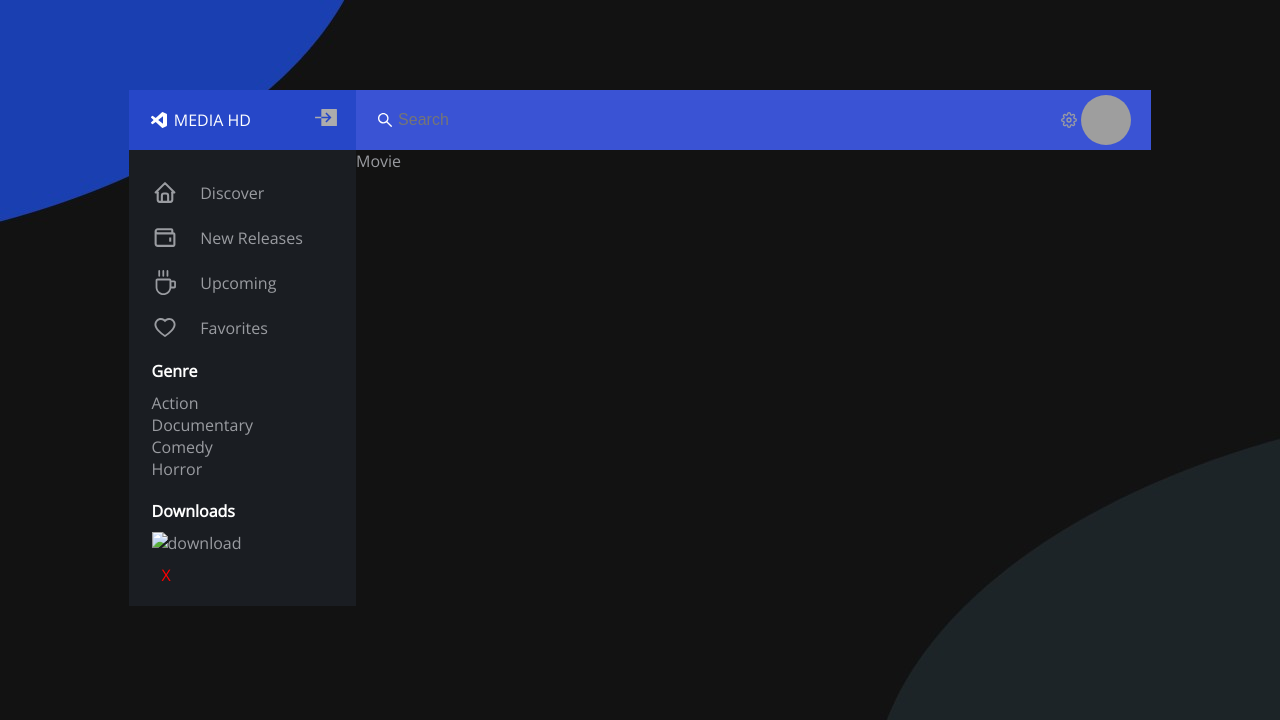
Repository: DevLaukey/movie-task
Page: /
An editor plug-in stored every save of this project. The page is shown before and after the next save, followed by the edit.
The browser window is 1280 px wide. The pictures show the whole page.
Pictures or frames that could not be fetched are drawn as grey boxes. The page's requests for data from a server got no answer. The project was rebuilt for these pictures with package versions that can differ from the ones it lists, and the page was loaded fresh each time. No one was signed in, and anything a server would have sent is missing. Also part of the build but not shown: src/components/Body/Movies.css.

Above is the page before, as saved 2022-06-15 20:56:41.

### src/App.js
import "./App.css"
import Body from "./components/Body/Body";
import Sidebar from "./components/Sidebar/Sidebar";
import axios from "axios";
import { useEffect, useState } from "react";

function App() {
  const [movies, setMovies] = useState([]);
  const url = "https://api.themoviedb.org/3/";
  const api = axios.create({ baseURL: url });

  const movieDetails = api.get(`/discover/movie?api_key=${process.env.REACT_APP_MOVIEDB_API}`, {
    params: process.env.MOVIEDB_API,
  });

  useEffect(() => {
    movieDetails.then((res) => {
      console.log(res.data.results);
    });
  }, [movies])
  return (
    <main className="App">
      <div className="App__container">
        <Sidebar />
        <Body />
      </div>
    </main>
  );
}

export default App;

### src/index.css
*{
    padding: 0;
    margin: 0;
    box-sizing: border-box;

}

### src/features/counter/counterSlice.js
import { createAsyncThunk, createSlice } from '@reduxjs/toolkit';
import { fetchCount } from './counterAPI';

const initialState = {
  value: 0,
  movies: 'idle',
};

// The function below is called a thunk and allows us to perform async logic. It
// can be dispatched like a regular action: `dispatch(incrementAsync(10))`. This
// will call the thunk with the `dispatch` function as the first argument. Async
// code can then be executed and other actions can be dispatched. Thunks are
// typically used to make async requests.
export const incrementAsync = createAsyncThunk(
  'counter/fetchCount',
  async (amount) => {
    const response = await fetchCount(amount);
    // The value we return becomes the `fulfilled` action payload
    return response.data;
  }
);

export const counterSlice = createSlice({
  name: 'counter',
  initialState,
  // The `reducers` field lets us define reducers and generate associated actions
  reducers: {
    increment: (state) => {
      // Redux Toolkit allows us to write "mutating" logic in reducers. It
      // doesn't actually mutate the state because it uses the Immer library,
      // which detects changes to a "draft state" and produces a brand new
      // immutable state based off those changes
      state.value += 1;
    },
    decrement: (state) => {
      state.value -= 1;
    },
    // Use the PayloadAction type to declare the contents of `action.payload`
    incrementByAmount: (state, action) => {
      state.value += action.payload;
    },
  },
  // The `extraReducers` field lets the slice handle actions defined elsewhere,
  // including actions generated by createAsyncThunk or in other slices.
  extraReducers: (builder) => {
    builder
      .addCase(incrementAsync.pending, (state) => {
        state.status = 'loading';
      })
      .addCase(incrementAsync.fulfilled, (state, action) => {
        state.status = 'idle';
        state.value += action.payload;
      });
  },
});

export const { increment, decrement, incrementByAmount } = counterSlice.actions;

// The function below is called a selector and allows us to select a value from
// the state. Selectors can also be defined inline where they're used instead of
// in the slice file. For example: `useSelector((state: RootState) => state.counter.value)`
export const selectCount = (state) => state.counter.value;

// We can also write thunks by hand, which may contain both sync and async logic.
// Here's an example of conditionally dispatching actions based on current state.
export const incrementIfOdd = (amount) => (dispatch, getState) => {
  const currentValue = selectCount(getState());
  if (currentValue % 2 === 1) {
    dispatch(incrementByAmount(amount));
  }
};

export default counterSlice.reducer;

### src/App.css
@import url('https://fonts.googleapis.com/css2?family=Open+Sans&display=swap');
.App{
    background-image: url(../public/back.jpg);
    width: 100vw;
    height: 100vh;
    background-size: cover;
    background-repeat: no-repeat;
    font-family: 'Open Sans', sans-serif;
    color: rgba(154,156,161,255);
}
.App__container{
    position: absolute;
    display: flex;
    justify-content: center;
    padding: 10vh;
    width: 100%;
}

### src/components/Body/Body.js
import React from "react";
import "./Body.css";
import Movies from "./Movies";
import Nav from "./Nav/Nav";
function Body() {
  return (
    <div className="body">
      <Nav />
      <Movies />
    </div>
  );
}

export default Body;

### src/components/Sidebar/Sidebar.js
import React from "react";
import "./Sidebar.css";
import { IoEnterSharp } from "react-icons/io5";
import { SiVisualstudiocode } from "react-icons/si";

import Links from "./Links";


function Sidebar() {
  return (
    <div className="sidebar">
      <div className="sidebar__top">
        <div className="sidebar__left">
          <SiVisualstudiocode className="sidebar__logo" />
          <p className="sidebar__text">MEDIA HD</p>
        </div>
        <div className="sidebar__right">
          <IoEnterSharp
            style={{ color: "#acacac", height: "25", width: "30" }}
          />
        </div>
      </div>
      <div className="sidebar__bottom">
       <Links />
        <section className="sidebar__genre">
          <p className="sidebar__genre-bold-text">Genre</p>
          <p className="sidebar__genre-text">Action</p>
          <p className="sidebar__genre-text">Documentary</p>
          <p className="sidebar__genre-text">Comedy</p>
          <p className="sidebar__genre-text">Horror</p>
        </section>
        <section className="sidebar__downloads">
          <p className="sidebar__genre-bold-text">Downloads</p>
          <img className="sidebar__download-img" src="" alt="download" />
          <div className="sidebar__downloads-text">
            <p className="sidebar__downloads-cancel">X</p>
      </div>
        </section>
      </div>
    </div>
  );
}

export default Sidebar;

### src/components/Body/Body.css
.body{
    display: flex;
    flex-direction: column;
    top: -20px;
    width: 70%;
}

### src/components/Body/Movies.js
import React from 'react'
import Movie from './Movie'
import "./Movies.css"
function Movies() {
  return (
      <div>
          <Movie />
    </div>
  )
}

export default Movies

### src/components/Body/Nav/Nav.js
import React from 'react'
import "./Nav.css"
import { AiOutlineSearch} from "react-icons/ai";
import { FiSettings } from "react-icons/fi";

function Nav() {
  return (
    <div className="nav">
      <div className="nav__search">
        <AiOutlineSearch style={{ color: "white", fontSize: "20" }} />
        <input
          className="nav__search__input"
          type="text"
          placeholder="Search"
        />
      </div>
      <div className="nav__icons">
        <FiSettings />
        <img
          src={`https://dt2sdf0db8zob.cloudfront.net/wp-content/uploads/2019/12/9-Best-Online-Avatars-and-How-to-Make-Your-Own-for-Free-image1-5.png`}
          alt=""
          className="nav__avatar"
        />
      </div>
    </div>
  );
}

export default Nav

### src/components/Sidebar/Sidebar.css
.sidebar {
  display: flex;
  flex-direction: column;
  margin-top: 18px;
  width: 20%;
  align-items: center;
  background-color: rgba(26, 29, 34, 255);
}
.sidebar__top {
  display: flex;
  width: 100%;
  justify-content: space-between;
  align-items: center;
  padding: 15px;
  background-color: #2647c8;
}
.sidebar__left {
  color: #fff;
  display: flex;
  align-items: center;
}
.sidebar__logo {
  width: 30px;
}
.sidebar__bottom {
  width: 100%;
}

.sidebar__group {
  width: 100%;
  margin-top: 20px;
  display: flex;

  flex-direction: column;
}
.sidebar__option {
  display: flex;
  align-items: center;
  padding: 10px 20px 10px 0;
}
.sidebar__option > *{
margin-left: 10% ;
}
.sidebar__option:hover {
  background-color: #0c0c0c;
  color: rgba(25, 64, 181, 255);
  border-left: 1px solid #2647c8;
}
.sidebar__genre{
  display: flex;
  flex-direction: column;
  padding: 10px 20px 10px 0;
  margin-left: 10%;
}
.sidebar__genre-bold-text{
  font-weight: bold;
  color: #fff;
  font-size: 1em;
  margin-bottom: 10px;
}

.sidebar__downloads{
  display: flex;
  flex-direction: column;
  padding: 10px 20px 10px 0;
  margin-left: 10%;
}
.sidebar__downloads-text{
  padding: 10px;
  background-color:rgba(26, 29, 34, 255);
  border-radius: 1px solid blue 50%;
}
.sidebar__downloads-cancel{
  color: red;
}

### src/components/Sidebar/Links.js
import React from 'react'
import { TbHome } from "react-icons/tb";
import { BiWallet } from "react-icons/bi";
import { AiOutlineHeart, AiOutlineCoffee } from "react-icons/ai";


function Links() {
  return (
    <nav className="sidebar__group">
      <div className="sidebar__option">
        <TbHome style={{ height: "25", width: "30" }} />
        <p className="sidebar__option-text">Discover</p>
      </div>
      <div className="sidebar__option">
        <BiWallet style={{ height: "25", width: "30" }} />
        <p className="sidebar__option-text">New Releases</p>
      </div>
      <div className="sidebar__option">
        <AiOutlineCoffee style={{ height: "25", width: "30" }} />
        <p className="sidebar__option-text">Upcoming</p>
      </div>
      <div className="sidebar__option">
        <AiOutlineHeart style={{ height: "25", width: "30" }} />

        <p className="sidebar__option-text">Favorites</p>
      </div>
    </nav>
  );
}

export default Links

### src/components/Body/Movie.js
import React from 'react'
import "./Movies.css"
function Movie() {
  return (
    <div>Movie</div>
  )
}

export default Movie

### src/components/Body/Nav/Nav.css
.nav {
  width: 100%;
  display: flex;
  justify-content: space-between;
  margin-top: 18px;
  align-items: center;
  padding: 5px 20px;
  background-color: #3a53d4;
}
.nav__search {
  display: flex;
  align-items: center;
}
.nav__search__input {
  width: 100%;
  border: none;
  background-color: #3a53d4;
  color: #fff;
  margin-left: 4px;
  font-size: 1em;
}

.nav__search__input:focus {
  outline: none;
}
.nav__icons{
    display: flex;
    align-items: center;
}
.nav__avatar{
    margin-left: 4px;
  vertical-align: middle;
  width: 50px;
  height: 50px;
  border-radius: 50%
}

Loaded but not shown: public/index.html (common file); src/index.js (common file); src/app/store.js (common file); src/reportWebVitals.js (common file); src/features/counter/counterAPI.js (common file)

After the next save:
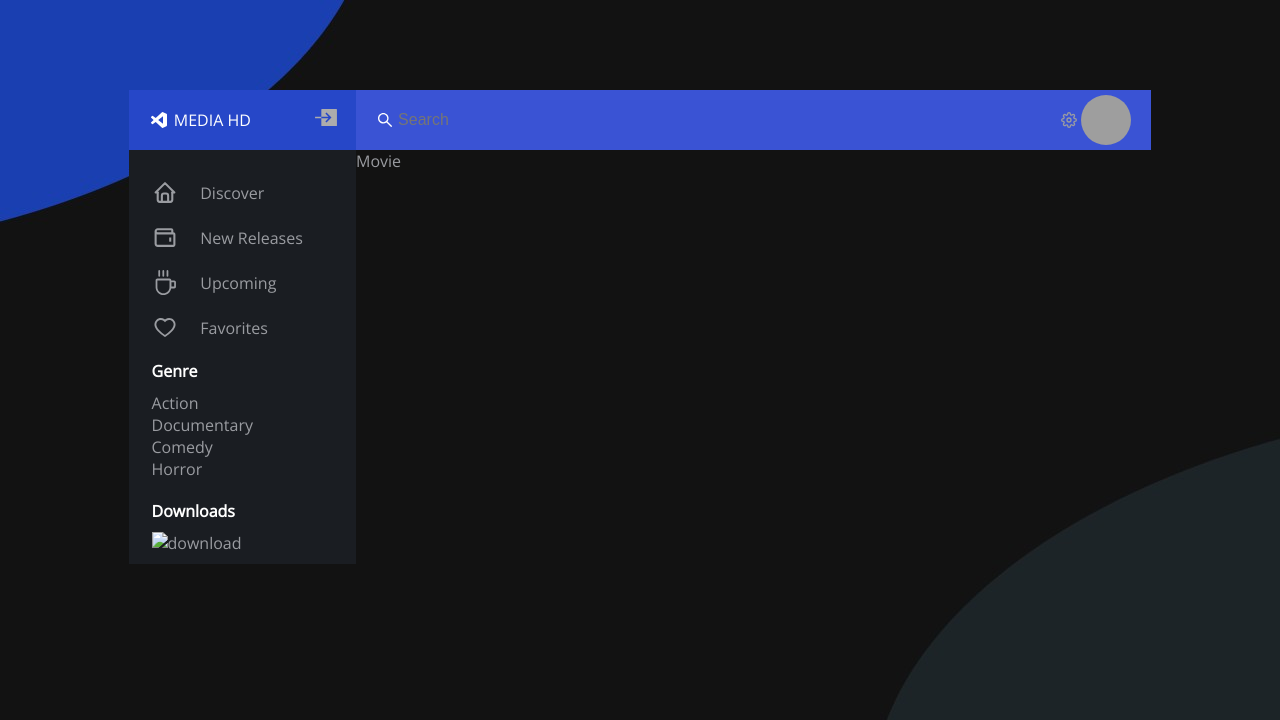
Saved 32 s later.
--- a/src/components/Sidebar/Sidebar.css
+++ b/src/components/Sidebar/Sidebar.css
@@ -66,9 +66,10 @@
   margin-left: 10%;
 }
 .sidebar__downloads-text{
-  padding: 10px;
+  display:none;
+  /* padding: 10px;
   background-color:rgba(26, 29, 34, 255);
-  border-radius: 1px solid blue 50%;
+  border-radius: 1px solid blue 50%; */
 }
 .sidebar__downloads-cancel{
   color: red;

After the save that followed:
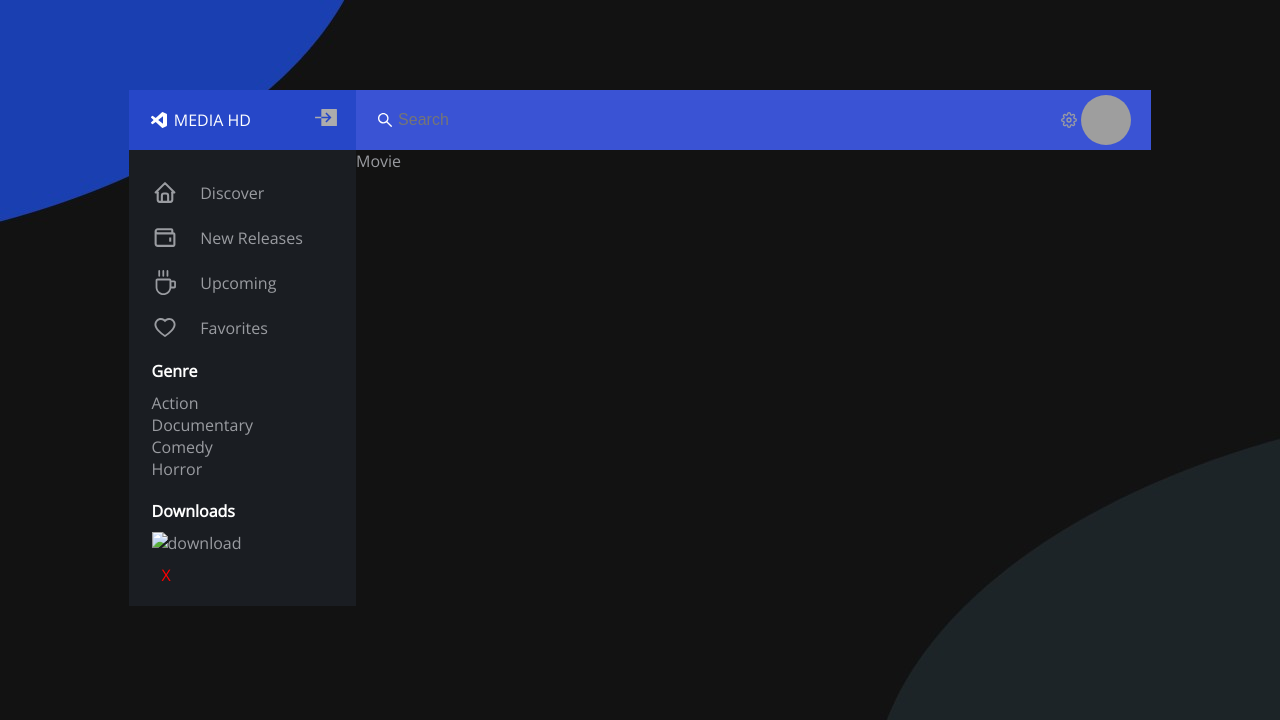
Saved 9 s later.
--- a/src/components/Sidebar/Sidebar.css
+++ b/src/components/Sidebar/Sidebar.css
@@ -66,10 +66,9 @@
   margin-left: 10%;
 }
 .sidebar__downloads-text{
-  display:none;
-  /* padding: 10px;
+  padding: 10px;
   background-color:rgba(26, 29, 34, 255);
-  border-radius: 1px solid blue 50%; */
+  border-radius: 1px solid blue 50%;
 }
 .sidebar__downloads-cancel{
   color: red;
